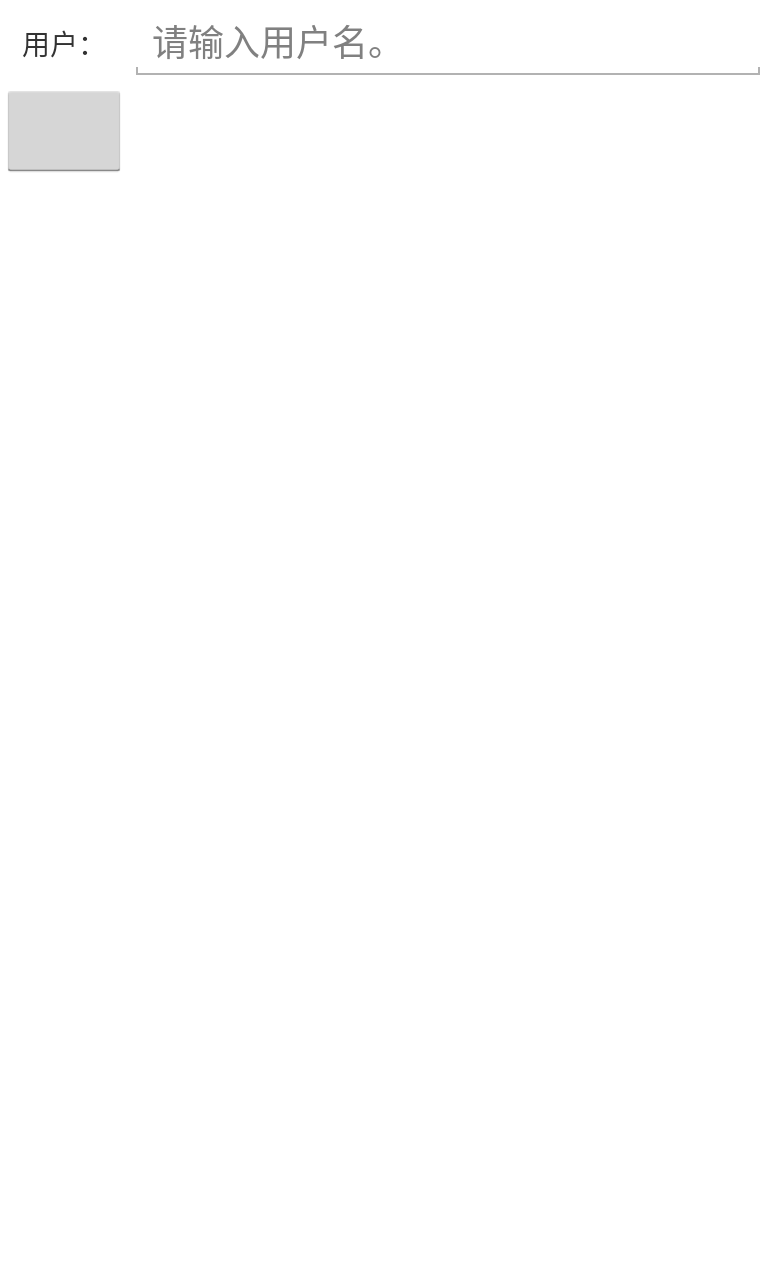
Repository: jinpp/Android
Layout: UILayoutTest/res/layout/talblelayout.xml
The author's editor kept a copy of each file at every save. The layout is drawn from the files as they stood at one save, then again after the next save.
It is drawn on a 768 x 1280 px phone screen (xhdpi) without system bars, with theme AppTheme; the app's code is not run.

Above is the layout before, as saved 2016-11-17 01:09:14.

After the next save:
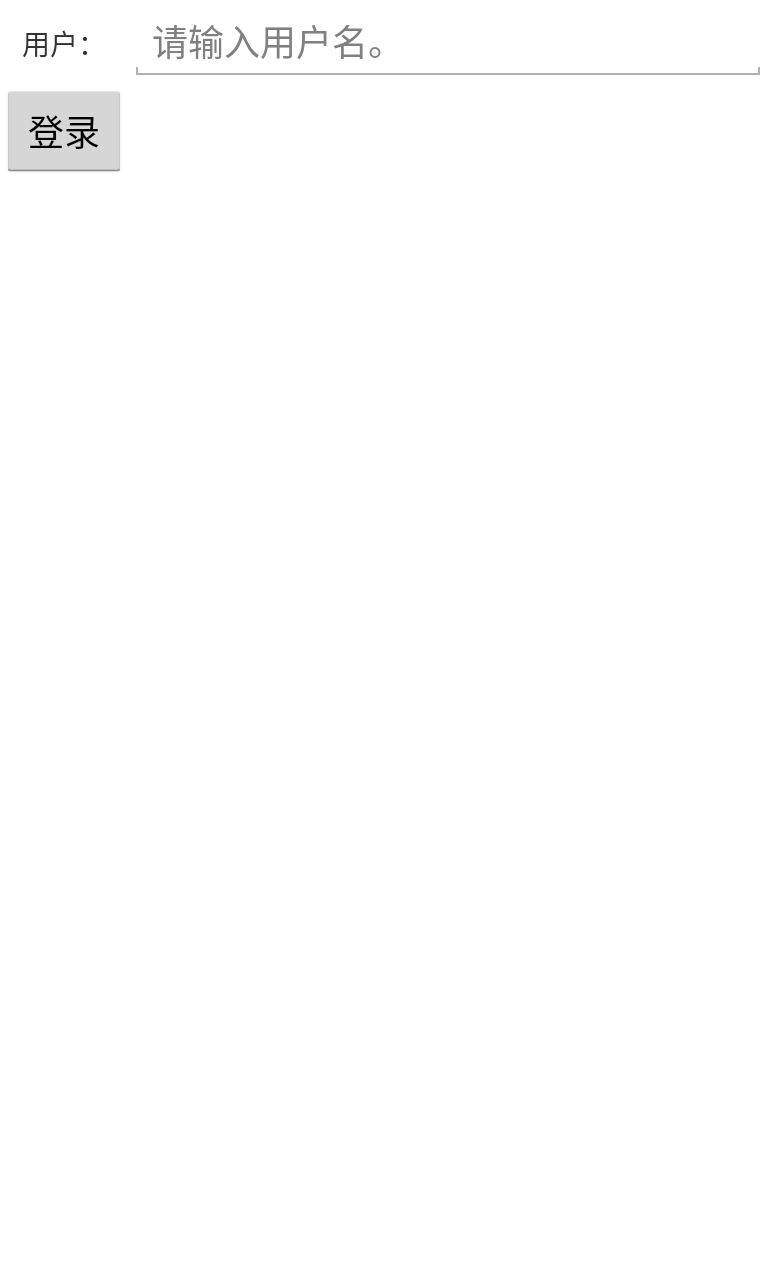
Saved 15 s later.
--- a/UILayoutTest/res/layout/talblelayout.xml
+++ b/UILayoutTest/res/layout/talblelayout.xml
@@ -26,7 +26,8 @@
             android:id="@+id/login"
             android:layout_width="wrap_content"
             android:layout_height="wrap_content"
-            android:gravity="center" />
+            android:gravity="center"
+            android:text="登录" />
     </TableRow>
 
 </TableLayout>
